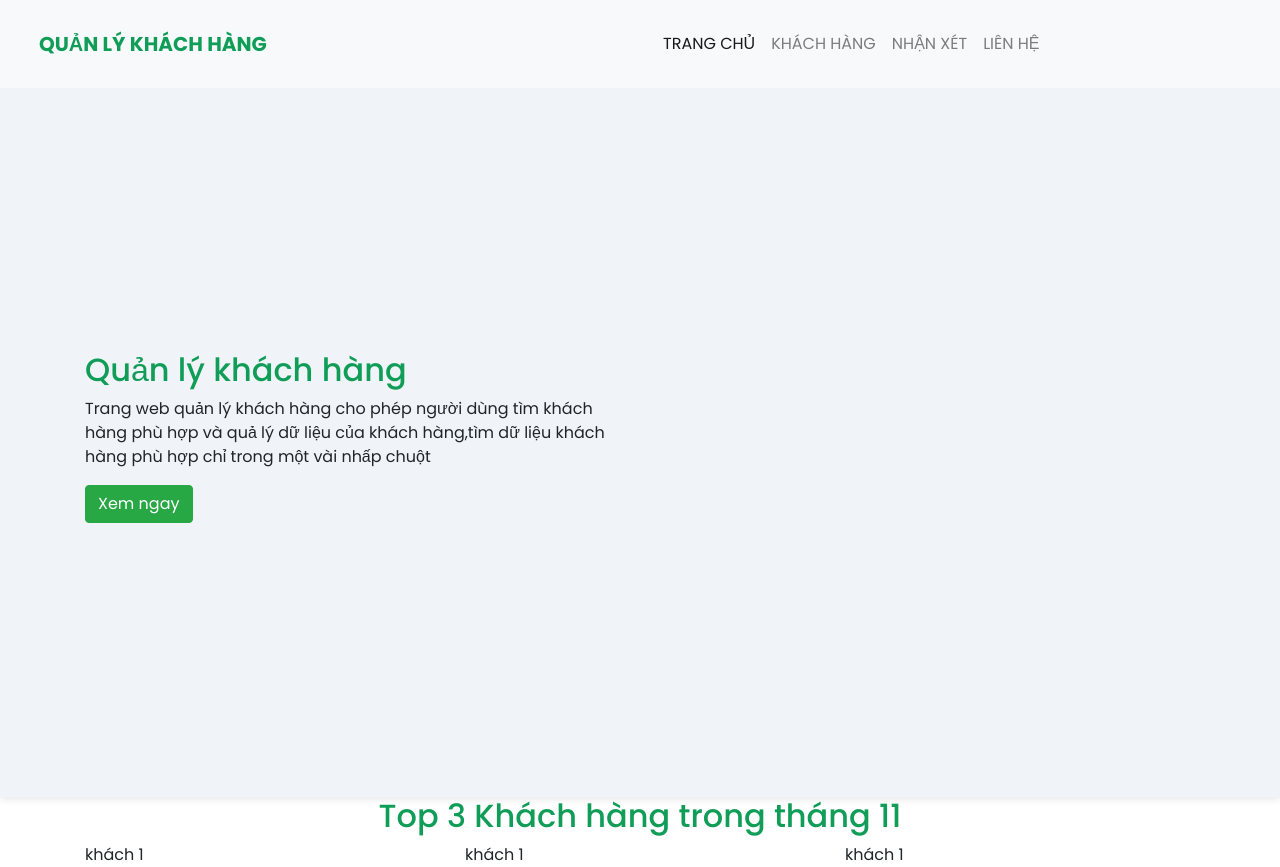
Repository: huutien1904/bt2-ltw
Page: index.html
An editor plug-in stored every save of this project. The page is shown before and after the next save, followed by the edit.
The browser window is 1280 px wide. The pictures show the whole page.

Above is the page before, as saved 2021-11-04 08:40:03.

### index.html
<!DOCTYPE html>
<html lang="en">
<head>
    <meta charset="UTF-8">
    <meta http-equiv="X-UA-Compatible" content="IE=edge">
    <meta name="viewport" content="width=device-width, initial-scale=1.0">
    <title>Quản Lý Khách Hàng</title>

    <!-- style -->
    <link rel="stylesheet" href="./style.css">
    <!-- font Poppins -->
    <link rel="preconnect" href="https://fonts.googleapis.com">
    <link rel="preconnect" href="https://fonts.gstatic.com" crossorigin>
    <link href="https://fonts.googleapis.com/css2?family=Poppins:wght@100;200;300;400;500;600;700;800;900&display=swap" rel="stylesheet">
    <!--  boostrap -->
    <link rel="stylesheet" href="https://maxcdn.bootstrapcdn.com/bootstrap/4.5.2/css/bootstrap.min.css">
    <script src="https://ajax.googleapis.com/ajax/libs/jquery/3.5.1/jquery.min.js"></script>
    <script src="https://cdnjs.cloudflare.com/ajax/libs/popper.js/1.16.0/umd/popper.min.js"></script>
    <script src="https://maxcdn.bootstrapcdn.com/bootstrap/4.5.2/js/bootstrap.min.js"></script>
</head>
<body>
  <!-- navbar -->
    <!-- <nav class="navbar navbar-default navbar-fixed-top">
        <div class="container-fluid ">
          <div class="navbar-header">
            <button type="button" class="navbar-toggle" data-toggle="collapse" data-target="#myNavbar">
              <span class="icon-bar"></span>
              <span class="icon-bar"></span>
              <span class="icon-bar"></span>
            </button>
            <a class="navbar-brand" href="#home">QUẢN LÝ KHÁCH HÀNG</a>
          </div>
          <div class="collapse navbar-collapse" id="myNavbar">
            <ul class="nav navbar-nav navbar-right">
              <li class="active_nav"><a href="#home">TRANG CHỦ</a></li>
              <li ><a href="#customer">KHÁCH HÀNG</a></li>
              <li><a href="#comment">NHẬN XÉT</a></li>
              <li><a href="#contact">LIÊN HỆ</a></li>
            </ul>
          </div>
        </div>
    </nav> -->
  <!-- end navbar -->
  <nav class="navbar navbar-expand-lg navbar-light bg-light fixed-top p-4 d-flex justify-content-between">
    <div class="nav_title col-md-6 col-sm-12">
      <a class="navbar-brand" href="#">QUẢN LÝ KHÁCH HÀNG</a>
    </div>

    <div class="nav_menu col-md-6 ">
      <button class="navbar-toggler" type="button" data-toggle="collapse" data-target="#navbarSupportedContent" aria-controls="navbarSupportedContent" aria-expanded="false" aria-label="Toggle navigation">
        <span class="navbar-toggler-icon"></span>
      </button>
      <div class="collapse navbar-collapse" id="navbarSupportedContent">
        <ul class="navbar-nav mr-auto">
          <li class="nav-item active">
            <a class="nav-link" href="#home">TRANG CHỦ</a>
          </li>
          <li class="nav-item">
            <a class="nav-link" href="#customer">KHÁCH HÀNG</a>
          </li>

          <li class="nav-item">
            <a class="nav-link" href="#comment">NHẬN XÉT</a>
          </li>
          <li class="nav-item">
            <a class="nav-link" href="#contact">LIÊN HỆ</a>
          </li>

        </ul>

      </div>
    </div>


  </nav>
  <!-- trang chủ -->
  <section
    id="home"
    >
    <div class="container">
      <div class="row">
        <div class="col-md-6 col-xs-12 ">
          <div class="">
            <h2 class="slogan">Quản lý khách hàng</h2>
            <p class="">
              Trang web quản lý khách hàng cho phép người dùng tìm khách hàng phù hợp và quả lý dữ liệu của khách hàng,tìm dữ liệu khách hàng phù hợp chỉ trong một vài nhấp chuột
            </p>
            <div class="left-to-right play-on-scroll delay-4">
              <button type="button" class="btn btn-success">Xem ngay</button>
            </div>
          </div>
        </div>
      </div>
    </div>
  </section>
  <!-- end trang chủ -->

  <!-- khách hàng -->
  <section id="customer ">
    <div class="container">
      <div class="row">
        <div class="col-md-12 col-sm-12 d-flex justify-content-center align-items-center">
          <h2 class="title_customer ">Top 3 Khách hàng trong tháng 11</h2>
        </div>
      </div>
      <div class="row">
        <div class="col-md-4 col-sm-12">
          khách 1
        </div>
        <div class="col-md-4 col-sm-12">
          khách 1

        </div>
        <div class="col-md-4 col-sm-12">
          khách 1

        </div>
      </div>
    </div>
  </section>
  <!-- end khách hàng -->
  <!--  Nhận xét-->
  <section id="comment">

  </section>
  <!-- liên hệ -->
  <section id="contact">

  </section>
</body>
</html>

### style.css
*{
  font-family: 'Poppins', sans-serif;
}

:root {
  --primary-color: #0f9d58;
  --backgound-color: #f0f3f7;
  --secon-color: #9da2ad;
  --grey: #7a7a7a;
  --white: #ffffff;
}
body {
  font: 400 15px Lato, sans-serif;
  line-height: 1.8;
  color: #818181;
}
.navbar-default{
  padding: 15px;
  background-color: var(--backgound-color);
  box-shadow: 0 2px 8px rgb(0 0 0 / 10%);
}
.navbar-brand{
  font-weight: 700;
  font-size: 20px;
  color: var(--primary-color) !important;

}
.navbar-right li{
  font-size: 14px;
  font-weight: 600;
  margin: 0 5px;
  /* padding:5px; */
}
.navbar-right li:hover{
  background-color: var(--primary-color);
  border-radius: 15px;
  color: white !important;
}
#home{
  margin-top: 77px;
  height: 100vh;
  display: flex;
  justify-content: center;
  align-items: center;
  background-color: var(--backgound-color);
  box-shadow: 0 2px 8px rgb(0 0 0 / 10%);
}
.slogan{
  color: var(--primary-color);
}
.title_customer{
  color: var(--primary-color);

}
#customer{
  height: 90vh;
  background-color: var(--backgound-color);
  box-shadow: 0 2px 8px rgb(0 0 0 / 10%);
}
/* .active_nav{
  background-color: var(--primary-color);
  border-radius: 15px;
} */

After the next save:
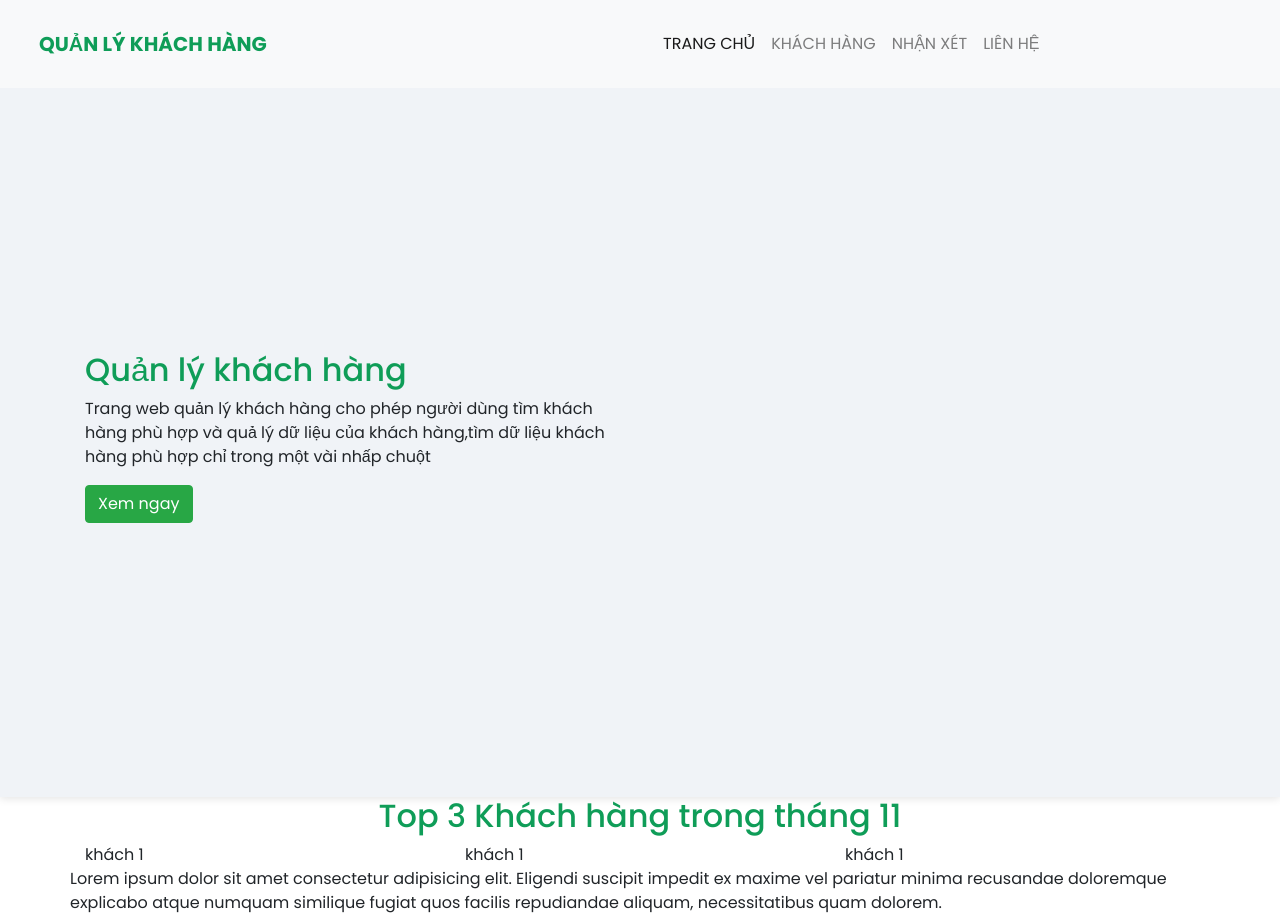
Saved 22 s later.
--- a/index.html
+++ b/index.html
@@ -115,6 +115,7 @@
           khách 1
 
         </div>
+        Lorem ipsum dolor sit amet consectetur adipisicing elit. Eligendi suscipit impedit ex maxime vel pariatur minima recusandae doloremque explicabo atque numquam similique fugiat quos facilis repudiandae aliquam, necessitatibus quam dolorem.
       </div>
     </div>
   </section>
